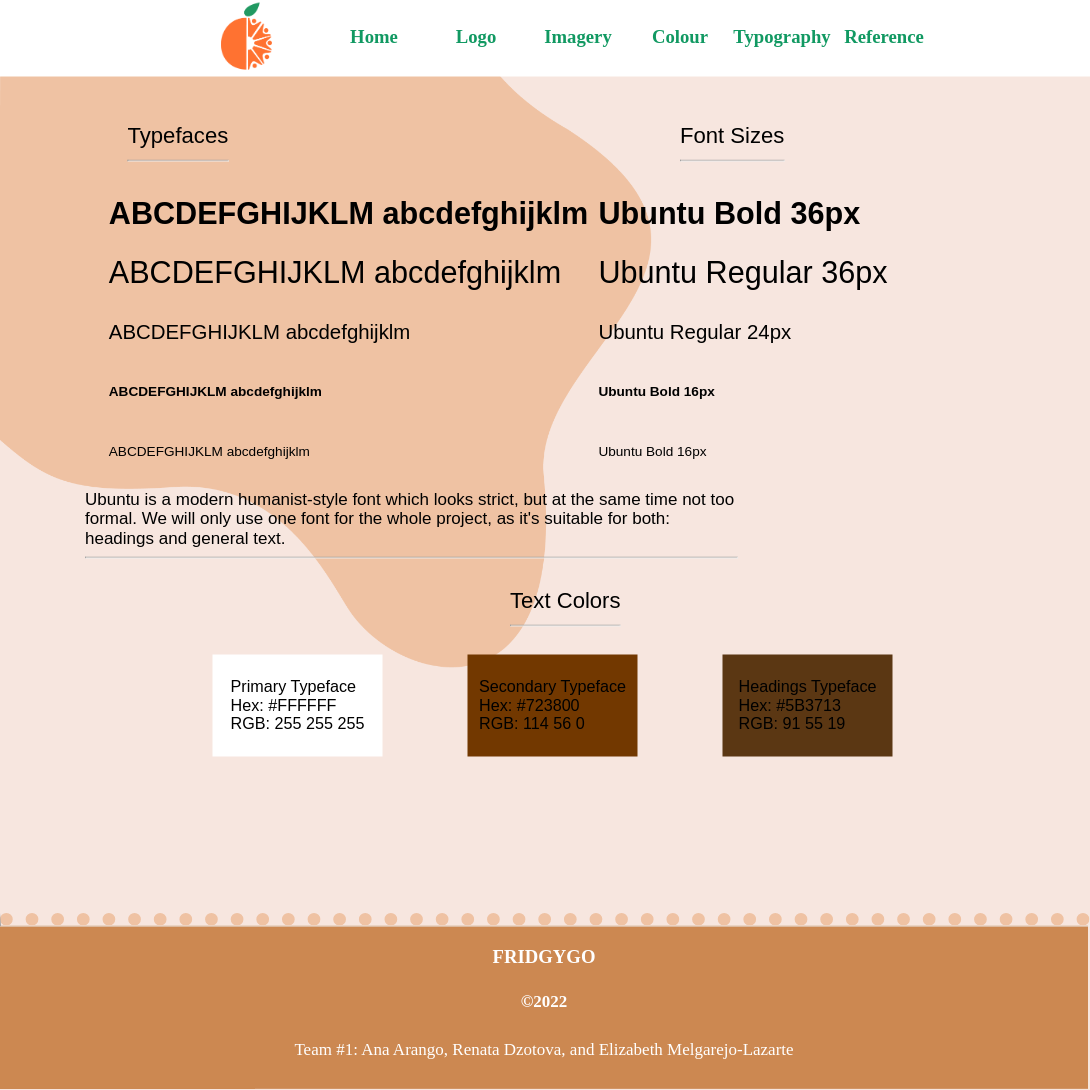
Repository: anagarango/fridgygostyle
Page: http://localhost/typo.php
An editor plug-in stored every save of this project. The page is shown before and after the next save, followed by the edit.
The browser window is 1280 px wide. The page is 1282 px wide, so the pictures cover 1282 px, including what lies to the right of the window. The pictures show the whole page, at 85% of full size.
Some web fonts or font styles are not loaded; a fallback is used. The page is run by PHP 8.4 with error messages shown; the project is at /var/www/html/.

Above is the page before, as saved 2022-03-22 20:42:07.

### typo.php
<!DOCTYPE html>
<html lang="en">
<head>
    <meta charset="UTF-8">
    <meta http-equiv="X-UA-Compatible" content="IE=edge">
    <meta name="viewport" content="width=device-width, initial-scale=1.0">
    <title>Document</title>
    <style>
        @import url('https://fonts.googleapis.com/css2?family=Ubuntu&display=swap');
        .font{
            font-family: 'Ubuntu', sans-serif;
            position: absolute;
            top: 30%;
            left: 10%;
            display: flex;
            flex-direction: column;
        }
        span {
            line-height: 70px;
        }
        .typeface{
            font-family: 'Ubuntu', sans-serif;
            position: absolute;
            top: 20%;
            left: 150px;
            font-size: 26px;
        }
        .fontsizes{
            font-family: 'Ubuntu', sans-serif;
            position: absolute;
            top: 20%;
            left: 800px;
            font-size: 26px;
        }
        .coolors{
            font-family: 'Ubuntu', sans-serif;
            position: absolute;
            top: 96%;
            left: 600px;
            font-size: 26px;
        }

        .bold{
            font-weight: bold;
            font-size: 36px;
        }
        .regular{
            font-weight: normal;
            font-size: 36px;
        }
        .regular-small{
            font-weight: normal;
            font-size: 24px;
        }
        .bold-small{
            font-weight: bold;
            font-size: 16px;
        }
        .regular-smaller{
            font-weight: normal;
            font-size: 16px;
        }

        .size{
            display: flex;
            flex-direction: column;
            font-family: 'Ubuntu', sans-serif;
            position: absolute;
            top: 30%;
            left: 55%;
        }
        .bold-ubuntu{
            font-weight: bold;
            font-size: 36px;
        }
        .regular-ubuntu-one{
            font-weight: normal;
            font-size: 36px;
        }
        .regular-ubuntu-two{
            font-weight: normal;
            font-size: 24px;
        }
        .bold-ubuntu-two{
            font-weight: bold;
            font-size: 16px;
        }
        .regular-ubuntu-three{
            font-weight: normal;
            font-size: 16px;
        }
        .brown{
            width: 200px;
            height: 120px;
            background-color: #FFFFFF;
            margin: 50px;
            display: flex;
            align-items: center;
            justify-content: center;
        }
        .white{
            width: 200px;
            height: 120px;
            background-color: #723800;
            margin: 50px;
            display: flex;
            align-items: center;
            justify-content: center;
        }
        .darkbrown{
            width: 200px;
            height: 120px;
            background-color: #5B3713;
            margin: 50px;
            display: flex;
            align-items: center;
            justify-content: center;
        }
        div.colors{
            display: flex;
            flex-direction: row;
            /* justify-content: center; */
            position: absolute;
            top: 100%;
            left: 200px;
        }
        .textinbox{
            font-family: 'Ubuntu', sans-serif;
            font-weight: normal;
            font-size: 19px;
        }
        .descript{
            font-family: 'Ubuntu', sans-serif;
            font-weight: normal;
            font-size: 20px;
            position: absolute;
            top: 80%;
            left: 100px;
            width: 60%;
        }

        .blob{
            margin: 0 0 300px -2px;
            width: 60%;
        }
        /* img.typo{
            width: 80%;
            position: absolute;
            top: 28%;
            left: 12%;
        } */

    </style>
</head>
<body>

    <?php include 'header.php';?>
    <div class="text">Typography</div>
    <img class="blob" src="imgs/blob.png">
    <!-- <img class="typo" src="imgs/typography.png"> -->
    <div class = "typeface">Typefaces<hr></div>
    <div class = "font">
        <span class = "bold">ABCDEFGHIJKLM  abcdefghijklm</span>
        <span class = "regular">ABCDEFGHIJKLM  abcdefghijklm</span>
        <span class = "regular-small">ABCDEFGHIJKLM  abcdefghijklm</span>
        <span class = "bold-small">ABCDEFGHIJKLM  abcdefghijklm</span>
        <span class = "regular-smaller">ABCDEFGHIJKLM  abcdefghijklm</span>
    </div>
    <div class = "fontsizes">Font Sizes<hr></div>
    <div class = "size">
        <span class = "bold-ubuntu">Ubuntu Bold 36px</span>
        <span class = "regular-ubuntu-one">Ubuntu Regular 36px</span>
        <span class = "regular-ubuntu-two">Ubuntu Regular 24px</span>
        <span class = "bold-ubuntu-two">Ubuntu Bold 16px</span>
        <span class = "regular-ubuntu-three">Ubuntu Bold 16px</span>
    </div>
    <div class = "descript">Ubuntu is a modern humanist-style font which looks strict, but at the same time not too  formal. We will only use one font for the whole project, as it's suitable for both: headings and general text.<hr></div>
    <div class = "coolors">Text Colors<hr></div>
    <div class = "colors">
        <div class = "brown"><div class = "textinbox">Primary Typeface <br> Hex: #FFFFFF <br> RGB: 255 255 255</div></div>
        <div class = "white"><div class = "textinbox">Secondary Typeface <br> Hex: #723800 <br> RGB: 114 56 0</div></div>
        <div class = "darkbrown"><div class = "textinbox">Headings Typeface <br> Hex: #5B3713 <br> RGB: 91 55 19</div></div>
    </div>

    <?php include 'footer.php';?>

</body>
</html>

### header.php
<!DOCTYPE html>
<html lang="en">
<head>
    <meta charset="UTF-8">
    <meta http-equiv="X-UA-Compatible" content="IE=edge">
    <meta name="viewport" content="width=device-width, initial-scale=1.0">
    <title>Document</title>
    <style>
        @import url('https://fonts.googleapis.com/css2?family=Staatliches&display=swap');
        html{
            background-color: rgb(253, 241, 227);
            background-color: #f7e6df
        }
        body{
            margin: -10px 0 0 0;
            font-family: Arial, Helvetica, sans-serif;
        }
        .header{
            display: flex;
            position: fixed;
            margin-top: -5px;
            background-color: white;
            height: 105px;
            width: 100vw;
            justify-content: center;
            align-items: center;
            z-index: 1;
            font-family: 'Staatliches', cursive;
        }
        .header > a {
            display: flex;
            justify-content: center;
            align-items: center;
            padding-top:10px;
            width: 120px;
            height: 95px;
            font-size: 22px;
            color: #119962;
            text-decoration: none;
            font-weight: 600;
        }
        .header > .hover:hover {
            font-size: 26px;
            background-color: #efc2a3;
            color: rgb(163, 98, 45);
            transition: 0.4s;
            font-weight: 800;
        }
        .logo {
            width: 100px;
            margin-top:35px;
            height: 100%;
            background-image: url("imgs/final_logo.png");
            background-size: 50%;
            background-repeat: no-repeat;

        }
    </style>
</head>
<body>
    <ul class="header">
        <a class="logo" href="index.php"></a>
        <a class="hover" href="index.php">Home</a>
        <a class="hover" href="logo.php">Logo</a>
        <a class="hover" href="imagery.php">Imagery</a>
        <a class="hover" href="colour.php">Colour</a>
        <a class="hover" href="typo.php">Typography</a>
        <a class="hover" href="ref.php">Reference</a>
    </ul>
</body>
</html>

### footer.php
<!DOCTYPE html>
<html lang="en">
<head>
    <meta charset="UTF-8">
    <meta http-equiv="X-UA-Compatible" content="IE=edge">
    <meta name="viewport" content="width=device-width, initial-scale=1.0">
    <title>Document</title>
    <style>
        .footer{
            display: flex;
            justify-content: center;
            align-items: center;
            flex-direction: column;
            margin-top: 0px;
            padding-bottom: 15px;
            background-color: rgb(204, 136, 81);
            font-family: 'Staatliches', cursive;
        }

        .line{
            width: 100%;
            border-top: 15px dotted #efc2a3;
            margin-top: -15px;
        }

        .brand_name{
            font-size: 22px;
            color: white;
        }

        .copy_right {
            font-size: 20px;
            color: white;
        }

        .team1{
            font-weight: 500;
            font-size: 20px;
            color: white;
        }
</style>
</head>
<body>
    <div class="footer">
        <hr class="line">
        <h1 class="brand_name"> FRIDGYGO</h1>
        <h1 class="copy_right">©2022</h1>
        <h3 class="team1">Team #1: Ana Arango, Renata Dzotova, and Elizabeth Melgarejo-Lazarte </h3>
    </div>
</body>
</html>

After the next save:
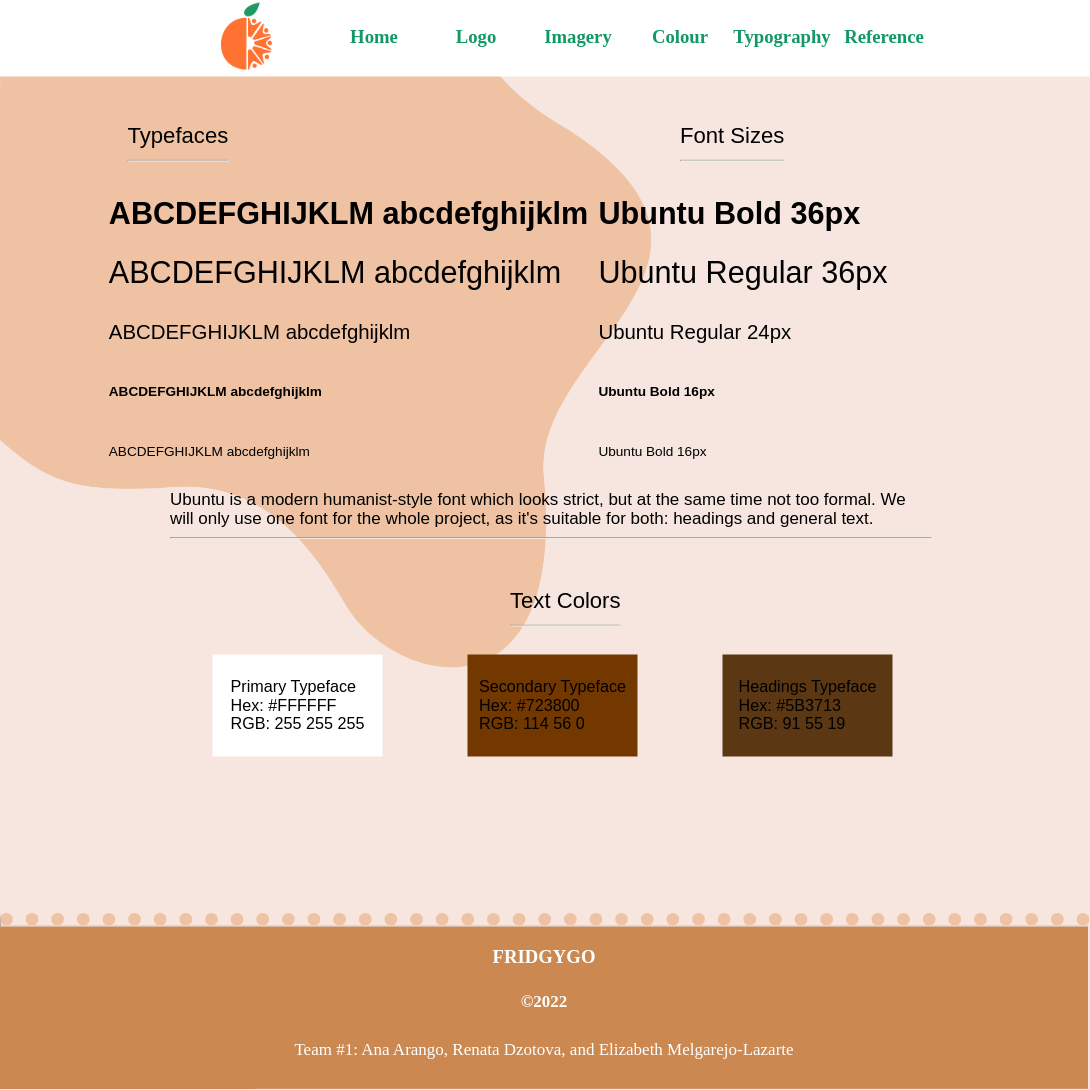
Saved 17 s later.
--- a/typo.php
+++ b/typo.php
@@ -135,8 +135,8 @@
             font-size: 20px;
             position: absolute;
             top: 80%;
-            left: 100px;
-            width: 60%;
+            left: 200px;
+            width: 70%;
         }
 
         .blob{
